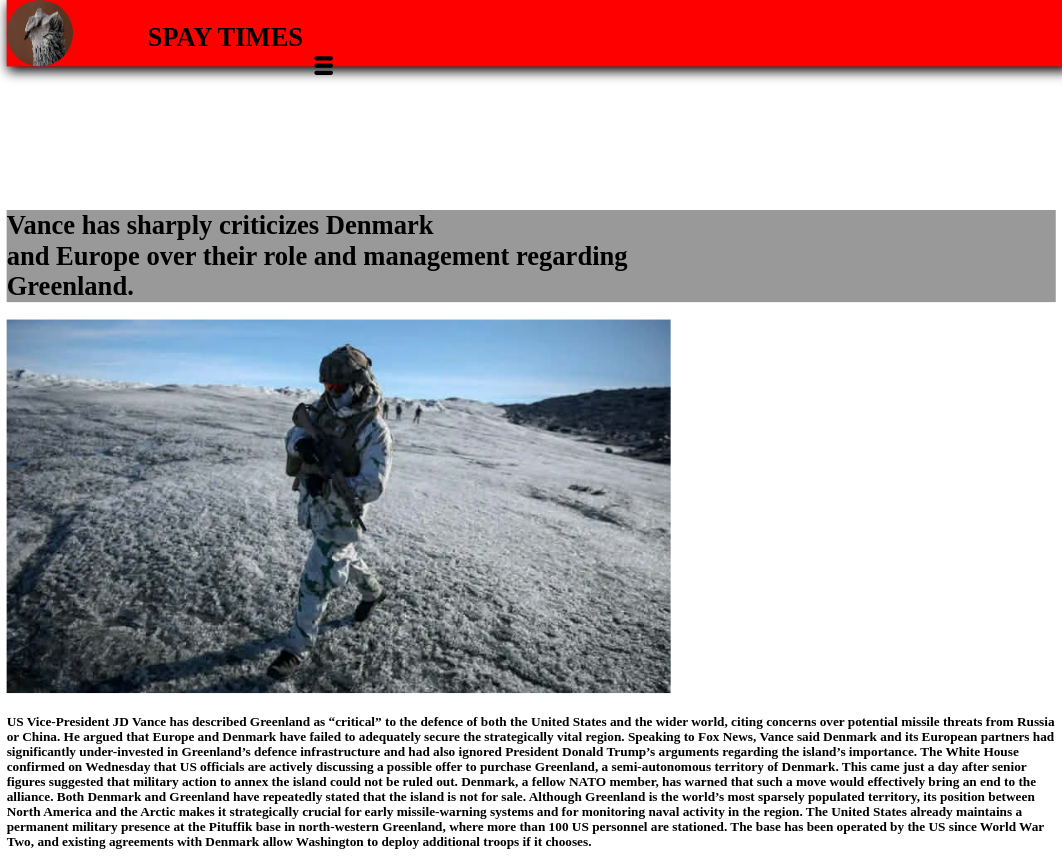
Repository: ridhukhan/spytimes
Page: /
An editor plug-in stored every save of this project. The page is shown before and after the next save, followed by the edit.
The browser window is 1280 px wide. The pictures show the whole page, at 83% of full size.
The project was rebuilt for these pictures with package versions that can differ from the ones it lists, and the page was loaded fresh each time. Also part of the build but not shown: vite.config.js, src/nav/Navbar.css, src/components/policy/PrivecyPolicy.jsx, src/components/policy/Terms.jsx.

Above is the page before, as saved 2026-01-10 20:23:44.

After the next save:
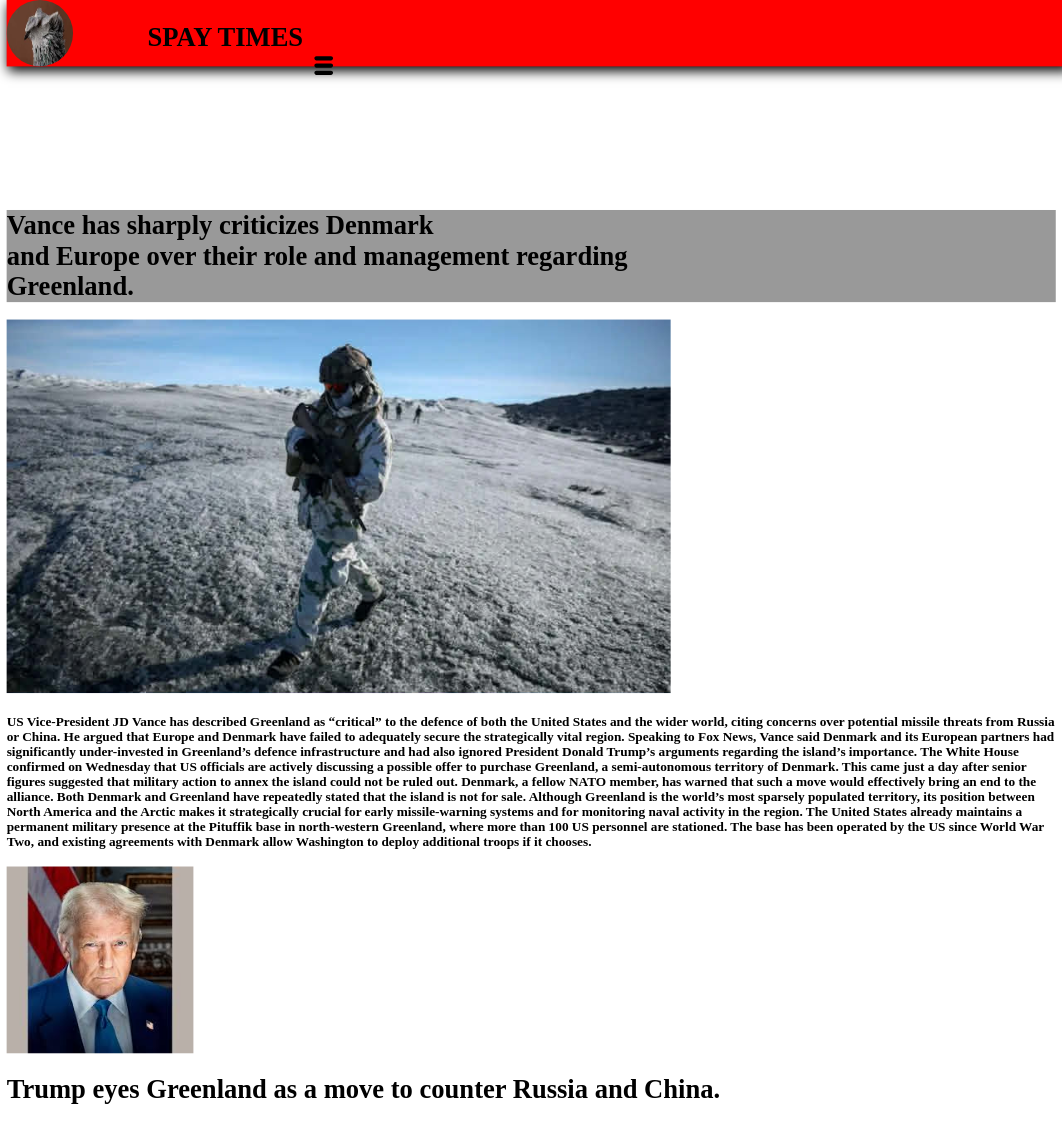
Saved 39 s later.
--- a/src/pages/home/Home.jsx
+++ b/src/pages/home/Home.jsx
@@ -1,5 +1,6 @@
 import React from 'react'
 import home1 from "../../assets/home1.jpeg"
+import Trending from '../../components/trending/Trending'
 const Home = () => {
   return (
     <div style={{marginTop:"20%"}}>
@@ -21,7 +22,7 @@
 
 The United States already maintains a permanent military presence at the Pituffik base in north-western Greenland, where more than 100 US personnel are stationed. The base has been operated by the US since World War Two, and existing agreements with Denmark allow Washington to deploy additional troops if it chooses.
        </h4>
-
+<Trending/>
     </div>
   )
 }
